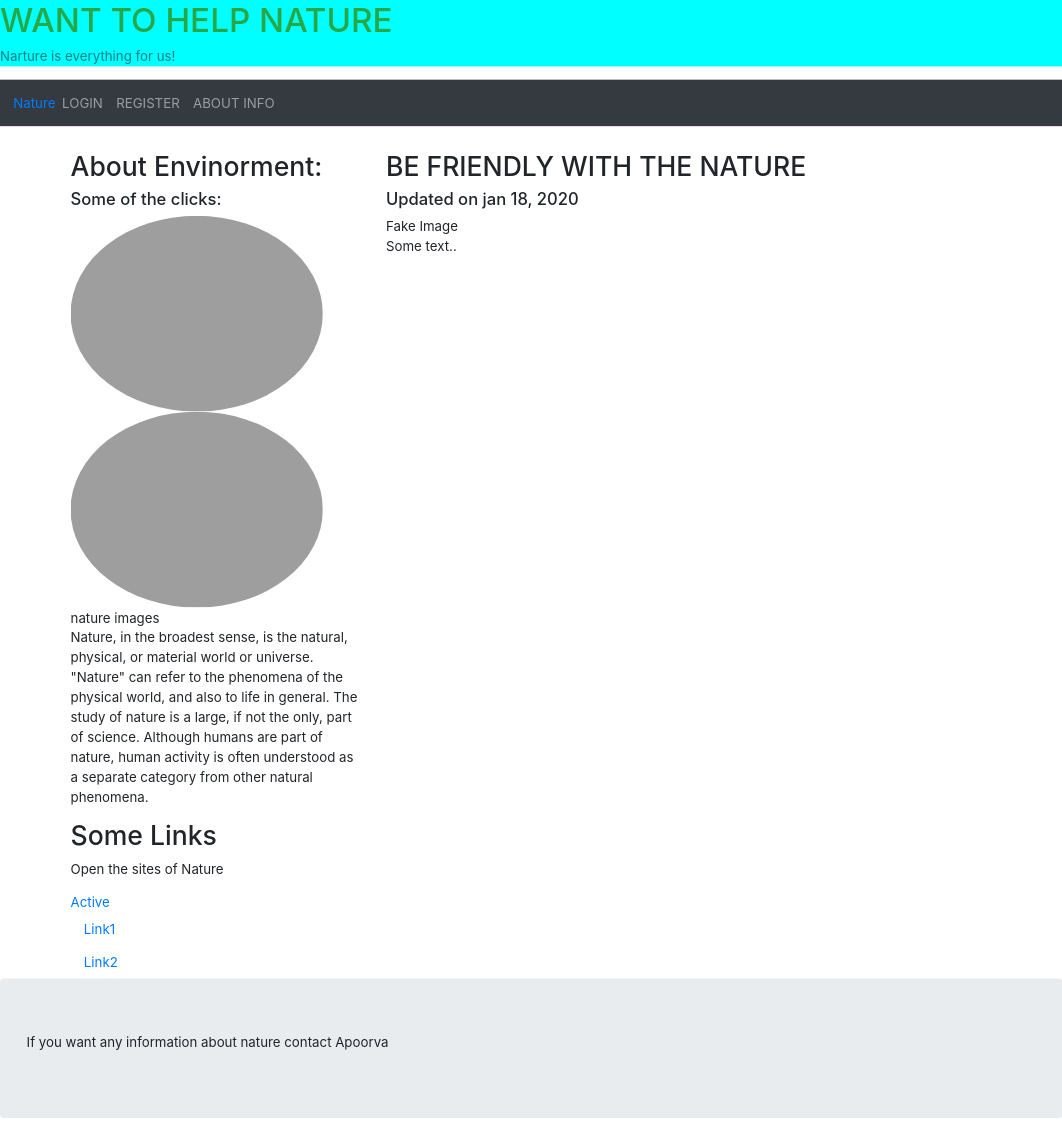
Repository: Apoorvasuswaram/cts
Page: appu/WebContent/main.html
The author's editor kept a copy of each file at every save. The page is drawn from the files as they stood at one save, then again after the next save.
The browser window is 1280 px wide. The pictures show the whole page, at 83% of full size.
Pictures or frames that could not be fetched are drawn as grey boxes.

Above is the page before, as saved 2020-01-18 12:20:51.

After the next save:
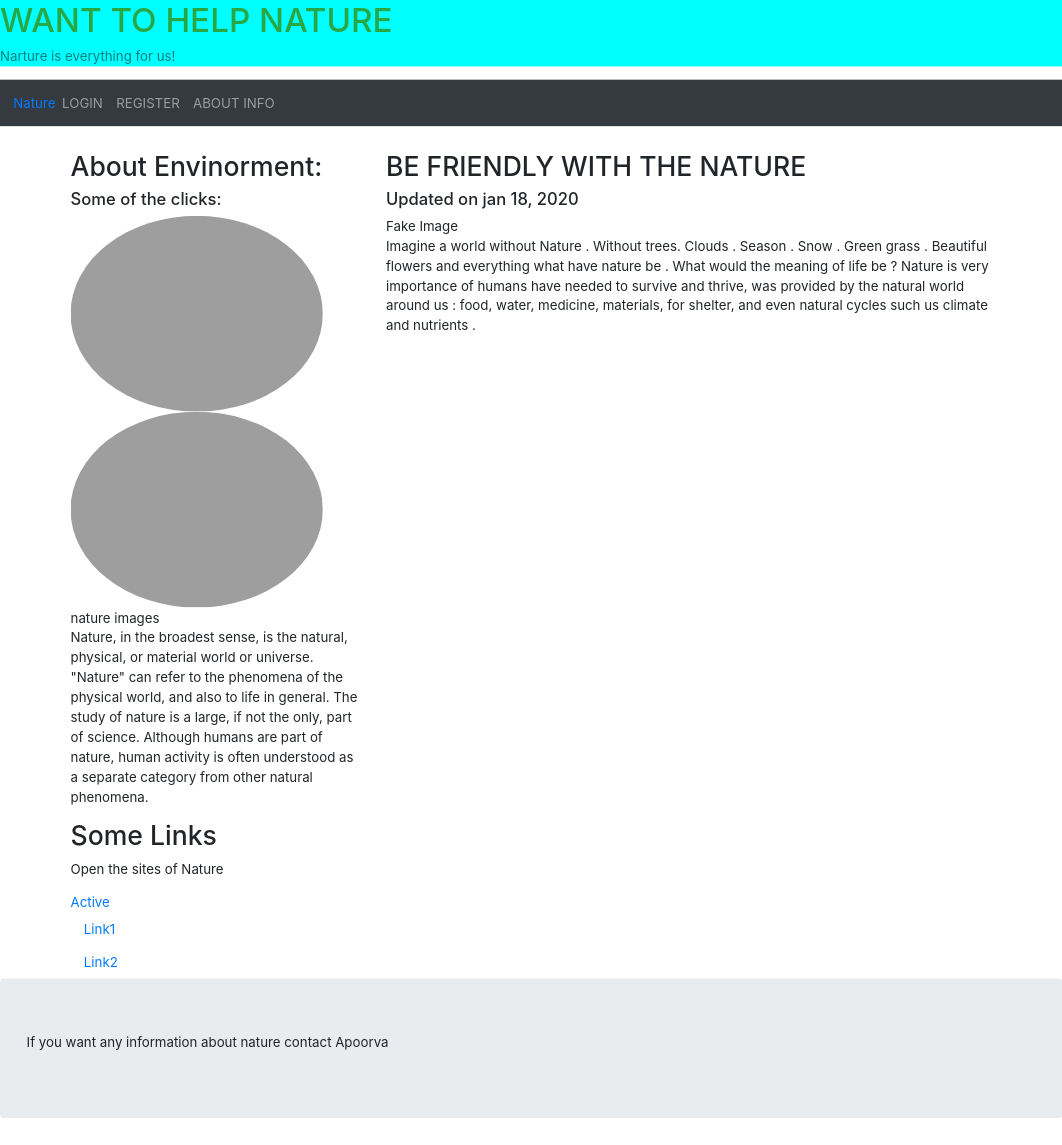
Saved 42 s later.
--- a/appu/WebContent/main.html
+++ b/appu/WebContent/main.html
@@ -73,7 +73,8 @@
       <h2>BE FRIENDLY WITH THE NATURE</h2>
       <h5> Updated on jan 18, 2020</h5>
       <div class="fakeimg">Fake Image</div>
-      <p>Some text..</p>
+      <p>Imagine a world without Nature . Without trees. Clouds . Season . Snow . Green grass . Beautiful flowers and everything what have nature be . What would the meaning of life be ?
+   Nature is very importance of humans have needed to survive and thrive, was provided by the natural world around us : food, water, medicine, materials, for shelter, and even natural cycles such us climate and nutrients .</p>
       <br>
     </div>
   </div>
